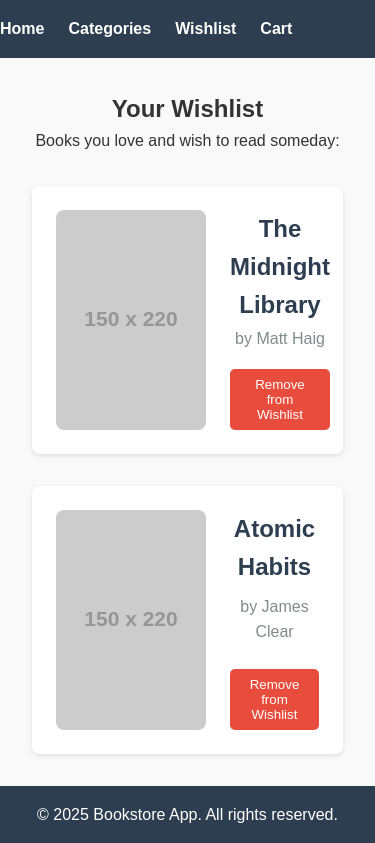
Repository: Patience225/bookstore-app
Page: wishlist.html
An editor plug-in stored every save of this project. The page is shown before and after a run of saves, followed by the edit.
The browser window is 375 px wide. The pictures show the whole page.

Above is the page before, as saved 2025-01-28 12:22:23.
Console error: TypeError: Cannot set properties of null (setting 'textContent')

### wishlist.html
<!DOCTYPE html>
<html lang="en">
<head>
  <meta charset="UTF-8">
  <meta name="viewport" content="width=device-width, initial-scale=1.0">
  <link rel="stylesheet" href="css/styles.css">
  <title>Bookstore App - Wishlist</title>
</head>
<body>
  <header>
    <nav>
      <ul class="nav-list">
        <li><a href="index.html">Home</a></li>
        <li><a href="categories.html">Categories</a></li>
        <li><a href="wishlist.html" class="active">Wishlist</a></li>
        <li><a href="cart.html">Cart</a></li>
      </ul>
    </nav>
  </header>

  <main>
    <section class="wishlist-section">
      <h1>Your Wishlist</h1>
      <p>Books you love and wish to read someday:</p>

      <div class="wishlist-list">
        <div class="wishlist-item">
          <img src="https://via.placeholder.com/150x220" alt="Book Cover">
          <div class="book-details">
            <h2>The Midnight Library</h2>
            <p>by Matt Haig</p>
            <button class="remove-btn">Remove from Wishlist</button>
          </div>
        </div>

        <div class="wishlist-item">
          <img src="https://via.placeholder.com/150x220" alt="Book Cover">
          <div class="book-details">
            <h2>Atomic Habits</h2>
            <p>by James Clear</p>
            <button class="remove-btn">Remove from Wishlist</button>
          </div>
        </div>
      </div>
    </section>
  </main>

  <footer>
    <p>© 2025 Bookstore App. All rights reserved.</p>
  </footer>

  <script src="js/scripts.js"></script>
</body>
</html>

### css/styles.css
/* Reset default browser styles */
* {
  margin: 0;
  padding: 0;
  box-sizing: border-box;
}

body {
  font-family: 'Arial', sans-serif;
  line-height: 1.6;
  background-color: #f9f9f9;
  color: #333;
  display: flex;
  flex-direction: column;
  min-height: 100vh;
  transition: all 0.3s ease;
}

header {
  background-color: #2c3e50;
  padding: 1rem 0;
}

nav {
  max-width: 1200px;
  margin: 0 auto;
  display: flex;
  justify-content: space-between;
  align-items: center;
}

.nav-list {
  list-style: none;
  display: flex;
  gap: 1.5rem;
}

.nav-list a {
  text-decoration: none;
  color: white;
  font-weight: bold;
  transition: color 0.3s;
}

.nav-list a:hover {
  color: #f39c12;
}

.hero {
  text-align: center;
  padding: 4rem 1rem;
  background-color: #ecf0f1;
}

.hero h1 {
  font-size: 3rem;
  color: #2c3e50;
}

.hero p {
  font-size: 1.2rem;
  margin-top: 0.5rem;
}

footer {
  background-color: #2c3e50;
  color: white;
  text-align: center;
  padding: 1rem;
  margin-top: auto;
}

.categories-section {
  padding: 2rem;
  text-align: center;
}

.categories-list {
  display: grid;
  grid-template-columns: repeat(auto-fit, minmax(250px, 1fr));
  gap: 1.5rem;
  margin-top: 2rem;
}

.category-card {
  background-color: white;
  padding: 1.5rem;
  border-radius: 8px;
  box-shadow: 0 2px 5px rgba(0, 0, 0, 0.1);
  transition: transform 0.3s;
}

.category-card:hover {
  transform: translateY(-5px);
}

.category-card h2 {
  font-size: 1.5rem;
  color: #2c3e50;
}

.category-card p {
  margin-top: 0.5rem;
}

.book-details-section {
  padding: 2rem;
  display: flex;
  justify-content: center;
}

.book-card {
  display: flex;
  max-width: 800px;
  background-color: white;
  border-radius: 8px;
  box-shadow: 0 2px 5px rgba(0, 0, 0, 0.1);
  overflow: hidden;
}

.book-cover {
  width: 200px;
  height: auto;
  object-fit: cover;
}

.book-info {
  padding: 1.5rem;
  display: flex;
  flex-direction: column;
  justify-content: space-between;
}

.book-title {
  font-size: 2rem;
  color: #2c3e50;
}

.book-author {
  font-size: 1.2rem;
  color: #7f8c8d;
}

.book-description {
  margin-top: 1rem;
  font-size: 1rem;
}

.book-price {
  font-size: 1.5rem;
  color: #27ae60;
  margin-top: 1rem;
}

button {
  padding: 0.8rem 1.5rem;
  border: none;
  background-color: #2c3e50;
  color: white;
  border-radius: 5px;
  cursor: pointer;
  margin-top: 1rem;
  transition: background-color 0.3s;
}

button:hover {
  background-color: #f39c12;
}

.wishlist-section {
  padding: 2rem;
  text-align: center;
}

.wishlist-list {
  display: grid;
  grid-template-columns: repeat(auto-fit, minmax(300px, 1fr));
  gap: 2rem;
  margin-top: 2rem;
}

.wishlist-item {
  display: flex;
  background-color: white;
  padding: 1.5rem;
  border-radius: 8px;
  box-shadow: 0 2px 5px rgba(0, 0, 0, 0.1);
}

.wishlist-item img {
  width: 150px;
  height: auto;
  object-fit: cover;
  border-radius: 8px;
}

.book-details {
  margin-left: 1.5rem;
  display: flex;
  flex-direction: column;
  justify-content: space-between;
}

.book-details h2 {
  font-size: 1.5rem;
  color: #2c3e50;
}

.book-details p {
  color: #7f8c8d;
}

.remove-btn {
  padding: 0.5rem 1rem;
  background-color: #e74c3c;
  color: white;
  border: none;
  border-radius: 5px;
  cursor: pointer;
  transition: background-color 0.3s;
  align-self: start;
}

.remove-btn:hover {
  background-color: #c0392b;
}

.cart-section {
  padding: 2rem;
  text-align: center;
}

.cart-list {
  display: grid;
  grid-template-columns: repeat(auto-fit, minmax(300px, 1fr));
  gap: 2rem;
  margin-top: 2rem;
}

.cart-item {
  display: flex;
  align-items: center;
  background-color: white;
  padding: 1.5rem;
  border-radius: 8px;
  box-shadow: 0 2px 5px rgba(0, 0, 0, 0.1);
}

.cart-item img {
  width: 150px;
  height: auto;
  object-fit: cover;
  border-radius: 8px;
}

.cart-price {
  font-size: 1.2rem;
  color: #27ae60;
  margin-top: 0.5rem;
}

.quantity-controls {
  display: flex;
  align-items: center;
  margin-top: 0.5rem;
}

.quantity-input {
  width: 50px;
  text-align: center;
  margin: 0 0.5rem;
}

.cart-summary {
  margin-top: 2rem;
  text-align: center;
}

.checkout-btn {
  padding: 1rem 2rem;
  background-color: #27ae60;
  color: white;
  font-size: 1.2rem;
  border-radius: 5px;
}

.checkout-btn:hover {
  background-color: #2ecc71;
}

### js/scripts.js
// Cart functionality
document.addEventListener("DOMContentLoaded", () => {
  const decreaseBtns = document.querySelectorAll(".decrease-btn");
  const increaseBtns = document.querySelectorAll(".increase-btn");
  const quantityInputs = document.querySelectorAll(".quantity-input");
  const cartItems = document.querySelectorAll(".cart-item");
  const cartSummary = document.querySelector(".cart-summary h2");

  // Update total price function
  function updateTotalPrice() {
    let totalPrice = 0;

    cartItems.forEach((item) => {
      const priceElement = item.querySelector(".cart-price");
      const quantityInput = item.querySelector(".quantity-input");
      const price = parseFloat(priceElement.textContent.replace("$", ""));
      const quantity = parseInt(quantityInput.value);

      totalPrice += price * quantity;
    });

    cartSummary.textContent = `Total: $${totalPrice.toFixed(2)}`;
  }

  // Handle quantity increase
  increaseBtns.forEach((button) => {
    button.addEventListener("click", (event) => {
      const input = event.target.parentNode.querySelector(".quantity-input");
      input.value = parseInt(input.value) + 1;
      updateTotalPrice();
    });
  });

  // Handle quantity decrease
  decreaseBtns.forEach((button) => {
    button.addEventListener("click", (event) => {
      const input = event.target.parentNode.querySelector(".quantity-input");
      if (parseInt(input.value) > 1) {
        input.value = parseInt(input.value) - 1;
        updateTotalPrice();
      }
    });
  });

  // Handle manual quantity input
  quantityInputs.forEach((input) => {
    input.addEventListener("input", () => {
      if (parseInt(input.value) < 1) input.value = 1;
      updateTotalPrice();
    });
  });

  // Remove cart item
  const removeBtns = document.querySelectorAll(".remove-btn");
  removeBtns.forEach((button) => {
    button.addEventListener("click", (event) => {
      const cartItem = event.target.closest(".cart-item");
      cartItem.remove();
      updateTotalPrice();
    });
  });

  // Initial total price update
  updateTotalPrice();
});


// Wishlist functionality (removing items)
document.addEventListener("DOMContentLoaded", () => {
  const removeWishlistBtns = document.querySelectorAll(".remove-btn");

  removeWishlistBtns.forEach((button) => {
    button.addEventListener("click", (event) => {
      const wishlistItem = event.target.closest(".wishlist-item");
      wishlistItem.remove();
    });
  });

  // Add to Cart from Book Details Page
  const addToCartBtns = document.querySelectorAll(".add-to-cart-btn");

  addToCartBtns.forEach((button) => {
    button.addEventListener("click", () => {
      alert("Book added to cart!");
      // Optionally, implement adding the book to the cart (e.g., saving to localStorage)
    });
  });

  // Add to Wishlist from Book Details Page
  const addToWishlistBtns = document.querySelectorAll(".add-to-wishlist-btn");

  addToWishlistBtns.forEach((button) => {
    button.addEventListener("click", () => {
      alert("Book added to wishlist!");
      // Optionally, implement saving to wishlist (e.g., saving to localStorage)
    });
  });
});

After the next 2 saves:
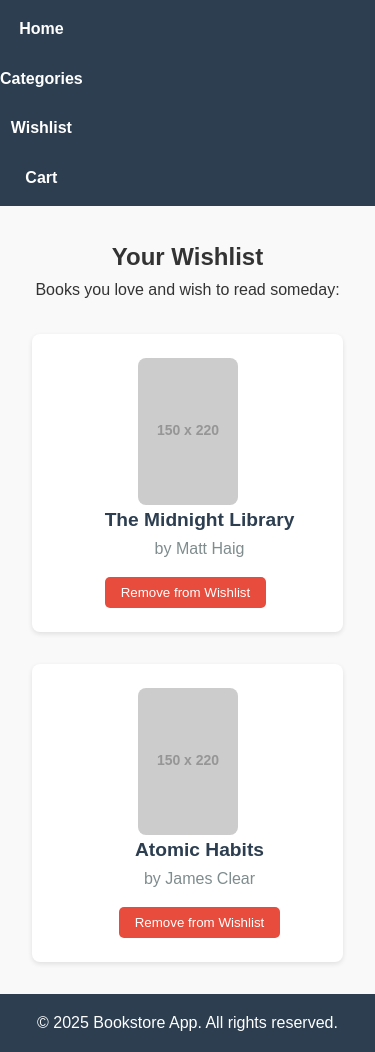
The 2 saves are shown as one change because they came seconds apart.
The last was saved 53 s later.
--- a/css/styles.css
+++ b/css/styles.css
@@ -287,3 +287,39 @@
 .checkout-btn:hover {
   background-color: #2ecc71;
 }
+
+/* For tablets and smaller screens */
+@media (max-width: 768px) {
+  .nav-list {
+    flex-direction: column;
+    align-items: center;
+  }
+
+  .cart-item, .wishlist-item {
+    flex-direction: column;
+    align-items: center;
+  }
+
+  .quantity-controls {
+    margin-top: 1rem;
+  }
+
+  .cart-summary {
+    text-align: center;
+  }
+}
+
+/* For mobile devices */
+@media (max-width: 480px) {
+  .cart-item img, .wishlist-item img {
+    width: 100px;
+  }
+
+  .book-details h2 {
+    font-size: 1.2rem;
+  }
+
+  .quantity-controls input {
+    width: 40px;
+  }
+}
